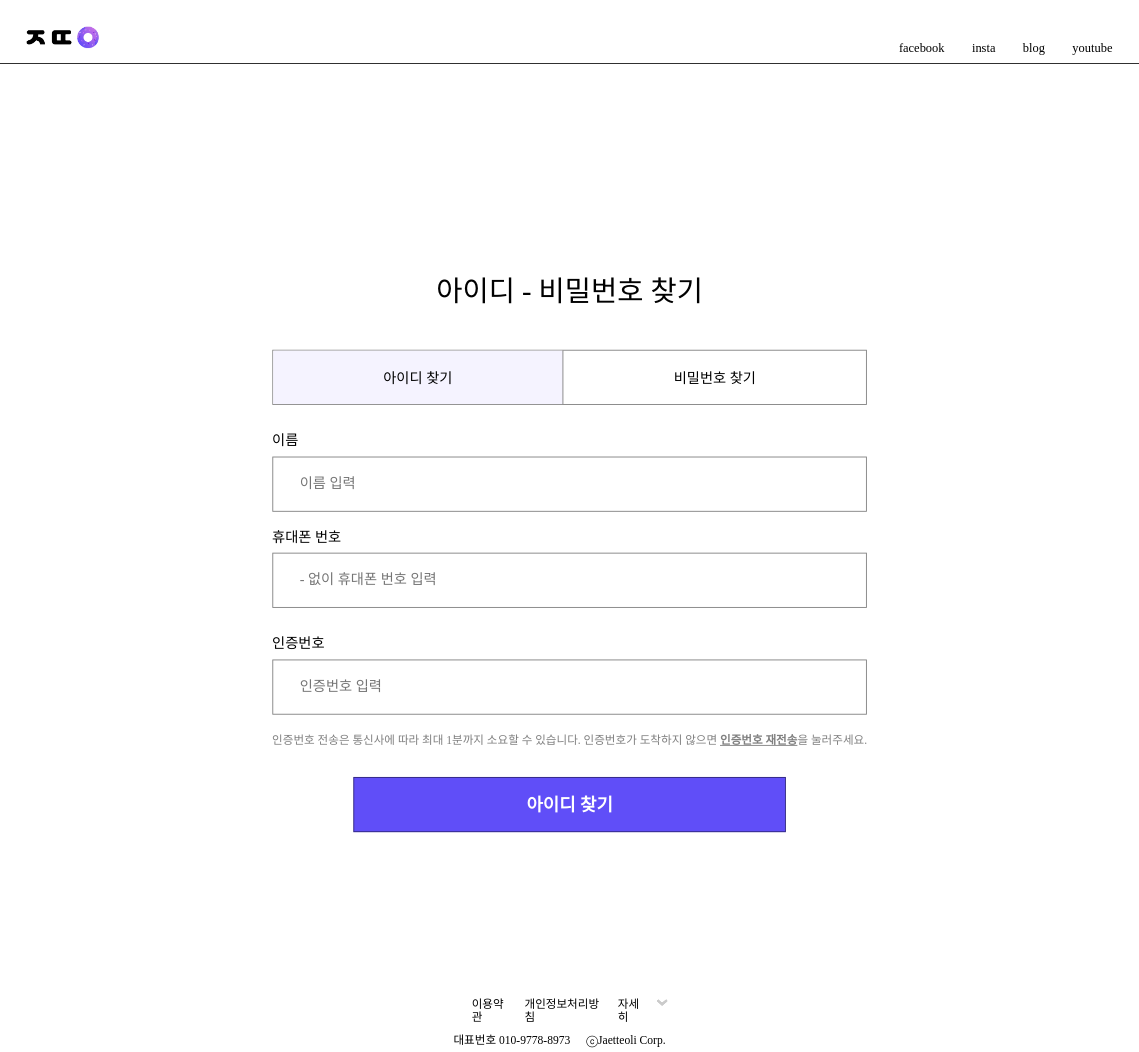
Repository: raoniee/Jaetteoli-React-Project
Page: /help
The author's editor kept a copy of each file at every save. The page is drawn from the files as they stood at one save, then again after the next save.
The browser window is 1280 px wide. The pictures show the whole page, at 89% of full size.
Some web fonts or font styles are not loaded; a fallback is used. The project was rebuilt for these pictures with package versions that can differ from the ones it lists, and the page was loaded fresh each time. Also part of the build but not shown: src/component/main/ManageReview.module.css, src/component/main/ReviewContainer.module.css, src/component/main/ReviewItem.module.css, src/component/main/ReviewItem.js, src/component/main/ReviewContainer.js, src/component/sidebar/SideBar.module.css, src/component/sidebar/SideBar.js, src/component/main/ManageReview.js and 57 more.

Above is the page before, as saved 2023-07-06 23:12:57.

### public/index.html
<!DOCTYPE html>
<html lang="en">
<script src="//t1.daumcdn.net/mapjsapi/bundle/postcode/prod/postcode.v2.js"></script>
<head>
  <meta charset="utf-8" />
  <link rel="icon" href="%PUBLIC_URL%/favicon.ico" />
  <meta name="viewport" content="width=device-width, initial-scale=1" />
  <meta name="theme-color" content="#000000" />
  <meta name="description" content="Web site created using create-react-app" />
  <link rel="apple-touch-icon" href="%PUBLIC_URL%/logo192.png" />
  <link rel="manifest" href="%PUBLIC_URL%/manifest.json" />
  <title>재떨이</title>
</head>

<body>
  <div id="overlays"></div>
  <div id="root"></div>
</body>

</html>

### src/App.js
import Header from "./component/header/Header";
import ManageReview from "./component/main/ManageReview";
import TodayMenu from "./component/main/TodayMenu";
import TodayOrder from "./component/main/TodayOrder";
import ManageSale from "./component/main/ManageSale";

// Membership
import MembershipStart from "./component/memberShip/MembershipStart";
import MembershipInformation from "./component/memberShip/MembershipInformation";
import MembershipEnd from "./component/memberShip/MembershipEnd";

// login
import LoginStart from "./component/login/LoginStart";
import Search from "./component/login/Search";
import IDShow from "./component/login/IDShow";
import PasswordNew from "./component/login/PasswordNew";

import Regist1 from "./component/register/Regist1";
import Regist2 from "./component/register/Regist2";
import Regist3 from "./component/register/Regist3";

import { RouterProvider, createBrowserRouter } from "react-router-dom";
import SideBar from "./component/sidebar/SideBar";
import Home from "./component/home/Home";

const router = createBrowserRouter([
  { path: "/", element: <Home /> },
  // Membership
  { path: "/signup/agree", element: <MembershipStart /> },
  { path: "/signup/begin", element: <MembershipInformation /> },
  { path: "/signup/complete", element: <MembershipEnd /> },
  // login
  { path: "/login", element: <LoginStart /> },
  { path: "/help", element: <Search /> },
  { path: "/help/complete", element: <IDShow /> },
  { path: "/help/new-pw", element: <PasswordNew /> },
  //
  { path: "/today/menu", element: <TodayMenu /> },
  { path: "/today/order", element: <TodayOrder /> },
  { path: "/review", element: <ManageReview /> },
  { path: "/sales", element: <ManageSale /> },
  { path: "/register/store", element: <Regist1 /> },
  { path: "/register/menu", element: <Regist2 /> },
  { path: "/register/origin", element: <Regist3 /> },
]);

function App() {
  return <RouterProvider router={router} />;
}

export default App;

### src/store/index.js
import React from 'react';
import { configureStore } from '@reduxjs/toolkit';
import authReducer from './auth'

export default configureStore({
    reducer: {
        auth: authReducer
    },
})

### src/component/header/Header.js
import Nav from './Nav';
import style from './Header.module.css'
import logo from '../../assets/images/logo.png'

const Header = () => {
    return (
        <header>
            <div className={style.logo}>
                <img className={style.logoImg} src={logo}></img>
            </div>
            <Nav />
        </header>
    )
}

export default Header;

### src/component/login/Search.jsx
import React, { useState } from "react";
import Footer from "../footer/Footer";
import Header from "../header/Header";
import style from "./Search.module.css";
import IDSearch from "./IDSearch";
import PasswordSearch from "./PasswordSearch";

export default function Search() {
  const [option, SetOption] = useState(true);
  const handleClick = () => {
    SetOption((prev) => !prev);
  };
  return (
    <div className={style.container}>
      <Header />
      <div className={style.IDSearch}>
        <span className={style.title}>아이디 - 비밀번호 찾기</span>
        <ul className={style.search_option}>
          <li className={style.bg} onClick={handleClick}>
            아이디 찾기
          </li>
          <li onClick={handleClick}>비밀번호 찾기</li>
        </ul>
        {option ? <IDSearch /> : <PasswordSearch />}
      </div>
      <Footer />
    </div>
  );
}

### src/store/auth.js
import { createSlice } from '@reduxjs/toolkit';

const initialStateValue = { jwt: '', name: '', firstLogin: 1, menuRegister: 1 }

export const authSlice = createSlice({
    name: "auth",
    initialState: { value: { jwt: '', name: '', firstLogin: 1, menuRegister: 1 } },
    reducers: {
        login: (state, action) => {
            state.value = action.payload
        },
        logout: (state) => {
            state.value = initialStateValue
        }
    },
});

export default authSlice.reducer;
export const { login, logout } = authSlice.actions;

### src/component/header/Nav.js
import style from './Nav.module.css'

const Nav = () => {
    return(
        <nav className={style.nav}>
            <ul className={style.navList}>
                <li>facebook</li>
                <li>insta</li>
                <li>blog</li>
                <li>youtube</li>
            </ul>
        </nav>
    )
}

export default Nav;

### src/component/header/Header.module.css
header {
    font-family: "Pretendard-SemiBold";
    width: 100%;
    height: 72px;
    display: flex;
    align-items: flex-end;
    justify-content: space-between;
    padding: 10px 30px;
    box-sizing: border-box;
    position: fixed;
    top: 0;
    left: 0;
    background-color: white;
    z-index: 1;
    border-bottom: 1px solid black;
}

.logoImg {
    width: 81px;
    height: 24px;
    margin-bottom: 4px;
}

### src/component/footer/Footer.jsx
import React from "react";
import style from "./Footer.module.css";
import { ReactComponent as ArrowDown } from '../../assets/images/arrow_down.svg'

export default function Footer() {
  return (
    <footer>
      <ul className={style.top}>
        <li>이용약관</li>
        <li>개인정보처리방침</li>
        <li>
          <p>자세히</p>
          <ArrowDown></ArrowDown>
        </li>
      </ul>
      <ul className={style.bottom}>
        <li>대표번호 010-9778-8973</li>
        <li>ⓒJaetteoli Corp.</li>
      </ul>
    </footer>
  );
}

### src/component/login/Search.module.css
.container {
  display: flex;
  flex-direction: column;
}

.IDSearch {
  margin: 0 auto;
  margin-top: 310px;
  margin-bottom: 176px;
}

.title {
  display: block;
  text-align: center;
  font-weight: 300;
  font-size: 32px;
  line-height: 35.2px;
  margin-bottom: 48px;
}

.search_option {
  width: inherit;
  display: flex;
  height: 62px;
  border: 1px solid rgba(0, 0, 0, 0.5);
  margin-bottom: 31px;
  cursor: pointer;
}

.search_option li {
  flex-grow: 1;
  font-weight: 300;
  font-size: 16px;
  line-height: 62px;
  text-align: center;
}

.search_option li:last-child {
  border-left: 1px solid rgba(0, 0, 0, 0.5);
}

.bg {
  background-color: rgba(245, 243, 255, 1);
}

.ID_SEARCH {
  display: flex;
  flex-direction: column;
}

.ID_SEARCH label {
  font-weight: 300;
  font-size: 16px;
  line-height: 17.6px;
  margin-bottom: 9px;
}

.ID_SEARCH input {
  height: 62px;
  border: 1px solid rgba(0, 0, 0, 0.5);
  padding-left: 30px;
}

.ID_SEARCH input::placeholder {
  font-weight: 300;
  font-size: 16px;
  line-height: 17.6px;
}

.ID_SEARCH .name {
  margin-bottom: 20px;
}

.ID_SEARCH .phone {
  margin-bottom: 31px;
}

.bluebutton {
  display: block;
  margin: 0 auto;
  width: 486px;
  height: 62px;
  border: 1px solid rgba(0, 0, 0, 0.5);
  background-color: rgba(96, 78, 248, 1);
  font-weight: 700;
  font-size: 20px;
  line-height: 22px;
  color: rgba(255, 255, 255, 1);
}

### src/component/login/IDSearch.jsx
import React, { useState } from "react";
import style from "./IDSearch.module.css";
import IDSearchPhone from "./IDSearchPhone";
import PasswordSearchPhone from "./PasswordSearchPhone";

export default function IDSearch() {
  const [click, setClick] = useState(false);
  const handleButton = () => {
    setClick(true);
  };
  return (
    <>
      <form action="" className={style.ID_SEARCH}>
        <label htmlFor="">이름</label>
        <input type="text" placeholder="이름 입력" className={style.name} />
        <label htmlFor="">휴대폰 번호</label>
        <input
          type="text"
          placeholder="- 없이 휴대폰 번호 입력"
          className={style.phone}
        />
      </form>
      {click ? <IDSearchPhone /> : <PasswordSearchPhone />}
      <BTN onClick={handleButton} />
    </>
  );
}

function BTN({ desc }) {
  return <button className={style.bluebutton}>아이디 찾기</button>;
}

### src/component/header/Nav.module.css
.nav {
    font-family: "Pretendard-Regular";
    font-size: 14px;
}

.navList {
    width: 240px;
    display: flex;
    justify-content: space-between;
}

### src/component/memberShip/AgreeAlert.module.css
* {
  font-family: "Fira Sans";
  box-sizing: border-box;
}

.wrap {
  position: absolute;
  top: 50%;
  left: 50%;
  transform: translate(-50%, -50%);
  width: 771px;
  height: 568px;
}

.top {
  display: flex;
  justify-content: space-between;
  background-color: #604ef8;
  height: 55.8px;
}

.top .title {
  font-weight: 500;
  font-size: 14px;
  line-height: 55.8px;
  color: #ffffff;
  margin-left: 31px;
}

.top .close {
  margin-top: 22px;
  margin-right: 32px;
  cursor: pointer;
}

.middle {
  background: white;
  padding: 20px 30px;
}

.middle .information ul {
  display: flex;
  margin-bottom: 15px;
}

.middle .information ul li {
  font-weight: 500;
  font-size: 13px;
  line-height: 15.6px;
}

.middle .information ul li:nth-child(1) {
  flex-grow: 15;
}
.middle .information ul li:nth-child(2) {
  text-align: right;
  flex-grow: 1;
}
.middle .information ul li:nth-child(3) {
  text-align: right;
  flex-grow: 1;
}

.middle .information p {
  padding: 10px 7px;
  height: 360.97px;
  font-weight: 400;
  font-size: 11px;
  line-height: 13.2px;
  border: 1px solid #dadada;
  overflow-y: scroll;
}

.bottom {
  position: relative;
  height: 82px;
  background-color: #f6f6f6;
}

.bottom button {
  position: absolute;
  bottom: 21px;
  right: 30.5px;
  width: 97.5px;
  height: 31px;
  border: 1px solid #604ef8;
  border-radius: 5px;
  cursor: pointer;
}

### src/component/footer/Footer.module.css
/* * {
  outline: 1px solid #363;
} */

footer {
  height: 71px;
  font-weight: 300;
  font-size: 13px;
  line-height: 14.3px;
}

footer ul {
  display: flex;
}

.top {
  width: 220px;
  gap: 14px;
  margin: 0 auto;
  margin-top: 11px;
  margin-bottom: 12px;
}

.top li {
  display: flex;
}

.top li p {
  margin-right: 10px;
}

.bottom {
  width: 261px;
  gap: 18px;
  margin: 0 auto;
}

### src/component/login/IDSearch.module.css
.container {
  display: flex;
  flex-direction: column;
}

.IDSearch {
  margin: 0 auto;
  margin-top: 310px;
  margin-bottom: 176px;
}

.title {
  display: block;
  text-align: center;
  font-weight: 300;
  font-size: 32px;
  line-height: 35.2px;
  margin-bottom: 48px;
}

.search_option {
  width: inherit;
  display: flex;
  height: 62px;
  border: 1px solid rgba(0, 0, 0, 0.5);
  margin-bottom: 31px;
  cursor: pointer;
}

.search_option li {
  flex-grow: 1;
  font-weight: 300;
  font-size: 16px;
  line-height: 62px;
  text-align: center;
}

.search_option li:last-child {
  border-left: 1px solid rgba(0, 0, 0, 0.5);
}

.bg {
  background-color: rgba(245, 243, 255, 1);
}

.ID_SEARCH {
  display: flex;
  flex-direction: column;
}

.ID_SEARCH label {
  font-weight: 300;
  font-size: 16px;
  line-height: 17.6px;
  margin-bottom: 9px;
}

.ID_SEARCH input {
  height: 62px;
  border: 1px solid rgba(0, 0, 0, 0.5);
  padding-left: 30px;
}

.ID_SEARCH input::placeholder {
  font-weight: 300;
  font-size: 16px;
  line-height: 17.6px;
}

.ID_SEARCH .name {
  margin-bottom: 20px;
}

.ID_SEARCH .phone {
  margin-bottom: 31px;
}

.bluebutton {
  display: block;
  margin: 0 auto;
  width: 486px;
  height: 62px;
  border: 1px solid rgba(0, 0, 0, 0.5);
  background-color: rgba(96, 78, 248, 1);
  font-weight: 700;
  font-size: 20px;
  line-height: 22px;
  color: rgba(255, 255, 255, 1);
}

### src/component/login/PasswordSearchPhone.jsx
import React from "react";
import style from "./PasswordSearchPhone.module.css";

export default function PasswordSearchPhone() {
  return (
    <>
      <form action="" className={style.PASSWORD_SEARCH}>
        <label htmlFor="">인증번호</label>
        <input
          type="text"
          placeholder="인증번호 입력"
          className={style.certification}
        />
      </form>
      <p className={style.certification_desc}>
        인증번호 전송은 통신사에 따라 최대 1분까지 소요할 수 있습니다.
        인증번호가 도착하지 않으면 <strong>인증번호 재전송</strong>을
        눌러주세요.
      </p>
    </>
  );
}

### src/component/home/Login.module.css
.btnContainer {
    width: 276px;
    height: 48px;
    display: flex;
    justify-content: space-around;
}

button {
    width: 114px;
    height: 48px;
    border: 2px solid #604EF8;
    font-family: 'Pretendard-Regular';
    font-size: 18px;
}

.login {
    background-color: white;

}

.signup {
    background-color: #604EF8;
    color: white;
}

### src/component/login/PasswordSearchPhone.module.css
.PasswordSearchPhone {
  position: absolute;
  top: 50%;
  left: 50%;
  transform: translate(-50%, -50%);
  width: 486px;
}

.title {
  display: block;
  text-align: center;
  font-weight: 300;
  font-size: 32px;
  line-height: 35.2px;
  margin-bottom: 48px;
}

.search_option {
  width: inherit;
  display: flex;
  height: 62px;
  border: 1px solid rgba(0, 0, 0, 0.5);
  margin-bottom: 31px;
}

.search_option li {
  flex-grow: 1;
  font-weight: 300;
  font-size: 16px;
  line-height: 62px;
  text-align: center;
}

.search_option li:last-child {
  border-left: 1px solid rgba(0, 0, 0, 0.5);
}

.PASSWORD_SEARCH {
  display: flex;
  flex-direction: column;
  margin-bottom: 20px;
}

.PASSWORD_SEARCH label {
  font-weight: 300;
  font-size: 16px;
  line-height: 17.6px;
  margin-bottom: 9px;
}

.PASSWORD_SEARCH input {
  height: 62px;
  border: 1px solid rgba(0, 0, 0, 0.5);
  padding-left: 30px;
}

.PASSWORD_SEARCH input::placeholder {
  font-weight: 300;
  font-size: 16px;
  line-height: 17.6px;
}

.PASSWORD_SEARCH .id {
  margin-bottom: 20px;
}

.PASSWORD_SEARCH .phone {
  margin-bottom: 20px;
}

.certification_desc {
  font-weight: 300;
  font-size: 13px;
  line-height: 18.85px;
  color: rgba(0, 0, 0, 0.5);
  margin-bottom: 31px;
}

.certification_desc strong {
  font-weight: 700;
  text-decoration: underline;
}

.bluebutton {
  width: 486px;
  height: 62px;
  border: 1px solid rgba(0, 0, 0, 0.5);
  background-color: rgba(96, 78, 248, 1);
  font-weight: 700;
  font-size: 20px;
  line-height: 22px;
  color: rgba(255, 255, 255, 1);
}

Loaded but not shown: src/index.js (common file); src/index.css (common file)

After the next save:
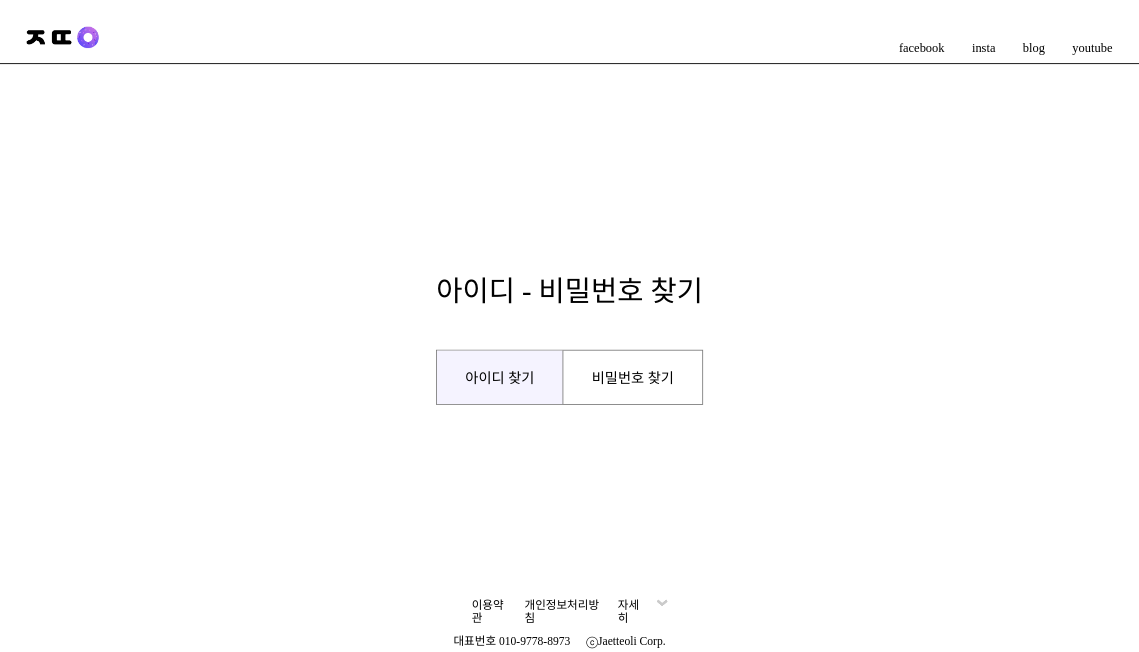
Saved 60 s later.
--- a/src/component/login/Search.jsx
+++ b/src/component/login/Search.jsx
@@ -21,7 +21,7 @@
           </li>
           <li onClick={handleClick}>비밀번호 찾기</li>
         </ul>
-        {option ? <IDSearch /> : <PasswordSearch />}
+        {/* {option ? <IDSearch /> : <PasswordSearch />} */}
       </div>
       <Footer />
     </div>

After the save that followed:
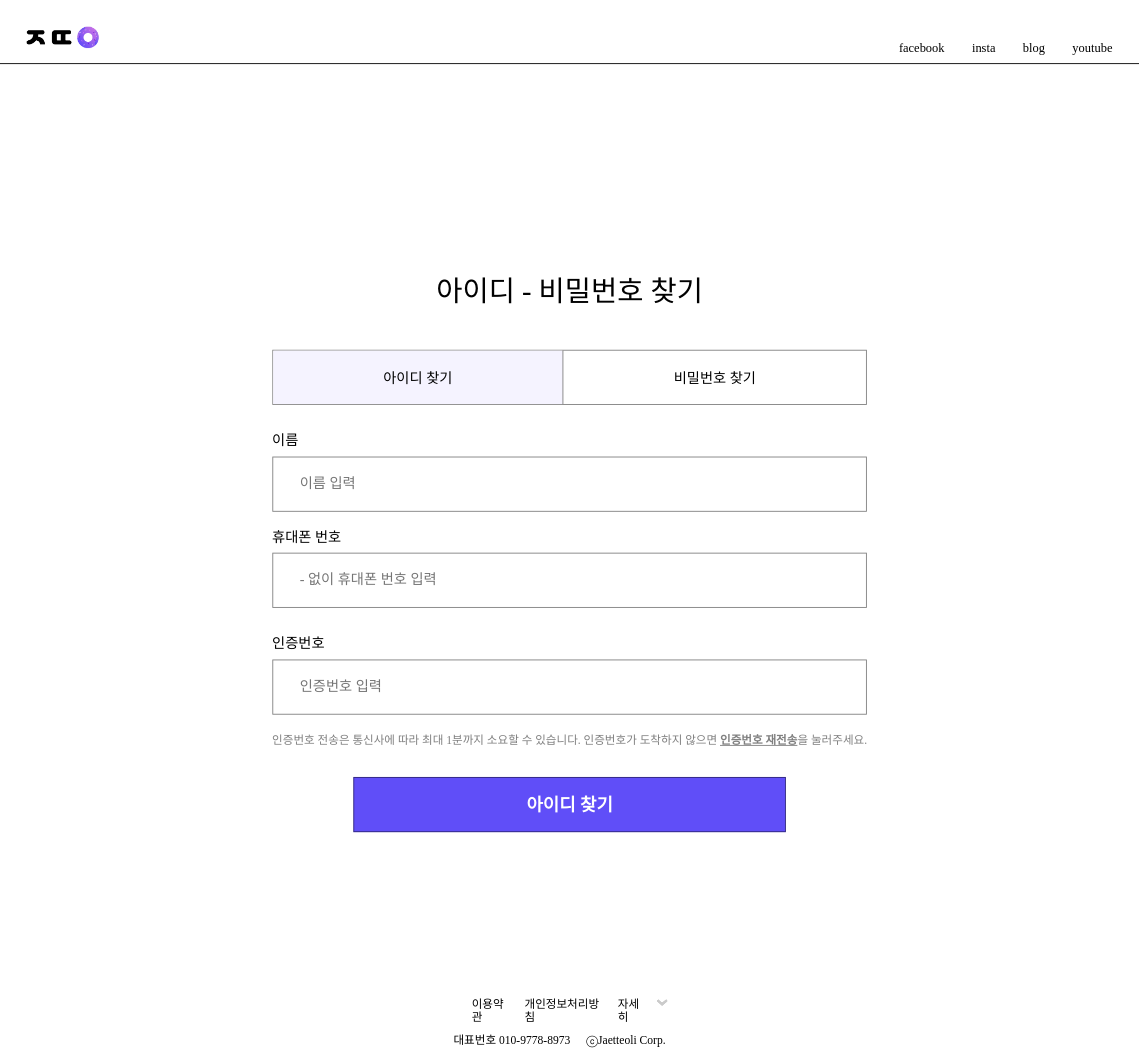
Saved 6 s later.
--- a/src/component/login/Search.jsx
+++ b/src/component/login/Search.jsx
@@ -21,7 +21,7 @@
           </li>
           <li onClick={handleClick}>비밀번호 찾기</li>
         </ul>
-        {/* {option ? <IDSearch /> : <PasswordSearch />} */}
+        {option ? <IDSearch /> : <PasswordSearch />}
       </div>
       <Footer />
     </div>
